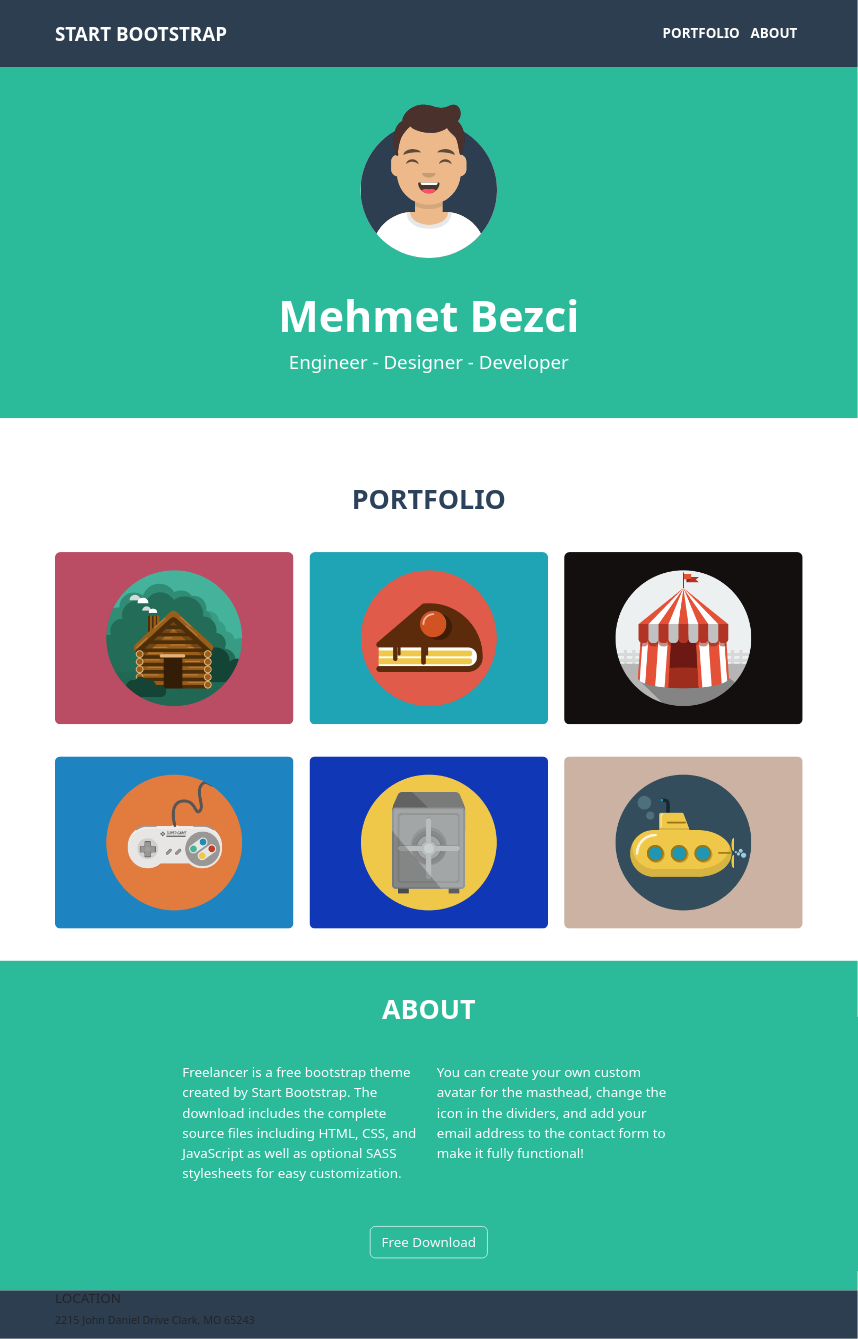
Repository: 7JaxeN7/WT-1255P-Mehmet_BEZC-
Page: index.html
An editor plug-in stored every save of this project. The page is shown before and after the next save, followed by the edit.
The browser window is 1280 px wide. The pictures show the whole page, at 67% of full size.

Above is the page before, as saved 2025-01-07 00:29:03.

### index.html
<!DOCTYPE html>
<html lang="tr">

<head>
  <meta charset="UTF-8">
  <meta name="viewport" content="width=device-width, initial-scale=1.0">
  <link rel="stylesheet" href="style.css">
  <link href="https://cdn.jsdelivr.net/npm/bootstrap@5.3.3/dist/css/bootstrap.min.css" rel="stylesheet"
    integrity="sha384-QWTKZyjpPEjISv5WaRU9OFeRpok6YctnYmDr5pNlyT2bRjXh0JMhjY6hW+ALEwIH" crossorigin="anonymous">
  <title>Start Bootstrap</title>
</head>

<body>
  <!-- Navbar -->
  <header>
    <nav class="navbar navbar-expand-lg navbar-bg">
      <div class="container pt-3 pb-3">
        <a class="navbar-brand text-white fw-bolder fs-3" href="#">START BOOTSTRAP</a>
        <button class="navbar-toggler" type="button" data-bs-toggle="collapse" data-bs-target="#navbarNav"
          aria-controls="navbarNav" aria-expanded="false" aria-label="Toggle navigation">
          <span class="navbar-toggler-icon"></span>
        </button>
        <div class="collapse navbar-collapse" id="navbarNav">
          <ul class="navbar-nav ms-auto">
            <li class="nav-item">
              <a class="nav-link text-white fw-bolder fs-5" href="#">PORTFOLIO</a>
            </li>
            <li class="nav-item">
              <a class="nav-link text-white fw-bolder fs-5" href="#">ABOUT</a>
            </li>
          </ul>
        </div>
      </div>
    </nav>
  </header>
  <!-- Herosection -->
  <div class="herosection-bg pt-5 pb-5">
    <div class="container text-center">
      <img src="/assets/img/avataaars.svg" width="20%" />
      <h1 class="mt-5 text-white fw-bolder display-3">Mehmet Bezci</h1>
      <p class="text-white fs-3">Engineer - Designer - Developer</p>
    </div>
  </div>
  <!-- Portfolio -->
  <div class="portfolio-section">
    <h2 class="text-center mt-5 pt-5 pb-5 fs-1 fw-semibold portfolio-tittle">PORTFOLIO</h2>
    <div class="container">
      <div class="row">
        <div class="col-12 col-md-6 col-lg-4 mb-5">
          <img src="/assets/img/cabin.png" class="img-fluid rounded-3">
        </div>
        <div class="col-12 col-md-6 col-lg-4 mb-5">
          <img src="/assets/img/cake.png" class="img-fluid rounded-3">
        </div>
        <div class="col-12 col-md-6 col-lg-4 mb-5">
          <img src="/assets/img/circus.png" class="img-fluid rounded-3">
        </div>
        <div class="col-12 col-md-6 col-lg-4 mb-5">
          <img src="/assets/img/game.png" class="img-fluid rounded-3">
        </div>
        <div class="col-12 col-md-6 col-lg-4 mb-5">
          <img src="/assets/img/safe.png" class="img-fluid rounded-3">
        </div>
        <div class="col-12 col-md-6 col-lg-4 mb-5">
          <img src="/assets/img/submarine.png" class="img-fluid rounded-3">
        </div>
      </div>
    </div>
  </div>
  <!-- About -->
  <div class="about-section">
    <div class="container">
      <h2 class="about-tittle fs-1 fw-semibold text-center pt-5 pb-5"> ABOUT</h2>
      <div class="row justify-content-center">
        <div class="col-lg-4 fs-5 text-white">
          <p>
            Freelancer is a free bootstrap theme created by Start Bootstrap. The download includes the complete source
            files including HTML, CSS, and JavaScript as well as optional SASS stylesheets for easy customization.
          </p>
        </div>
        <div class="col-lg-4 fs-5 text-white">
          <p>
            You can create your own custom avatar for the masthead, change the icon in the dividers, and add your email
            address to the contact form to make it fully functional!
          </p>
        </div>
      </div>
      <div class="d-flex justify-content-center">
        <button class="mt-5 mb-5 btn btn-outline-light btn-lg">Free Download</button>
      </div>
    </div>
  </div>
  <!-- Footer -->
  <footer>
    <div class="footer-section">
      <div class="container">
        <div class="row">
          <div class="col-lg-4">
            <h5>LOCATION</h5>
            <p>
              2215 John Daniel Drive
              Clark, MO 65243
            </p>
          </div>
          <div class="col-lg-4"></div>
          <div class="col-lg-4"></div>
        </div>
      </div>
    </div>
  </footer>
  <!-- Burası bootstrap script kısmı -->
  <script src="https://cdn.jsdelivr.net/npm/bootstrap@5.3.3/dist/js/bootstrap.bundle.min.js"
    integrity="sha384-YvpcrYf0tY3lHB60NNkmXc5s9fDVZLESaAA55NDzOxhy9GkcIdslK1eN7N6jIeHz"
    crossorigin="anonymous"></script>
</body>

</html>

### style.css
.navbar-bg {
  background-color: #2d3e50 !important;
}
.herosection-bg{
    background-color: #2bbb9b ;
}
.portfolio-tittle{
    color: #2c425a;
}
.about-section{
    background-color: #2bbb9b ;
}
.about-tittle{
    color: #ffffff;
}
.footer-section{
    background-color: #2d3e50;
}

After the next save:
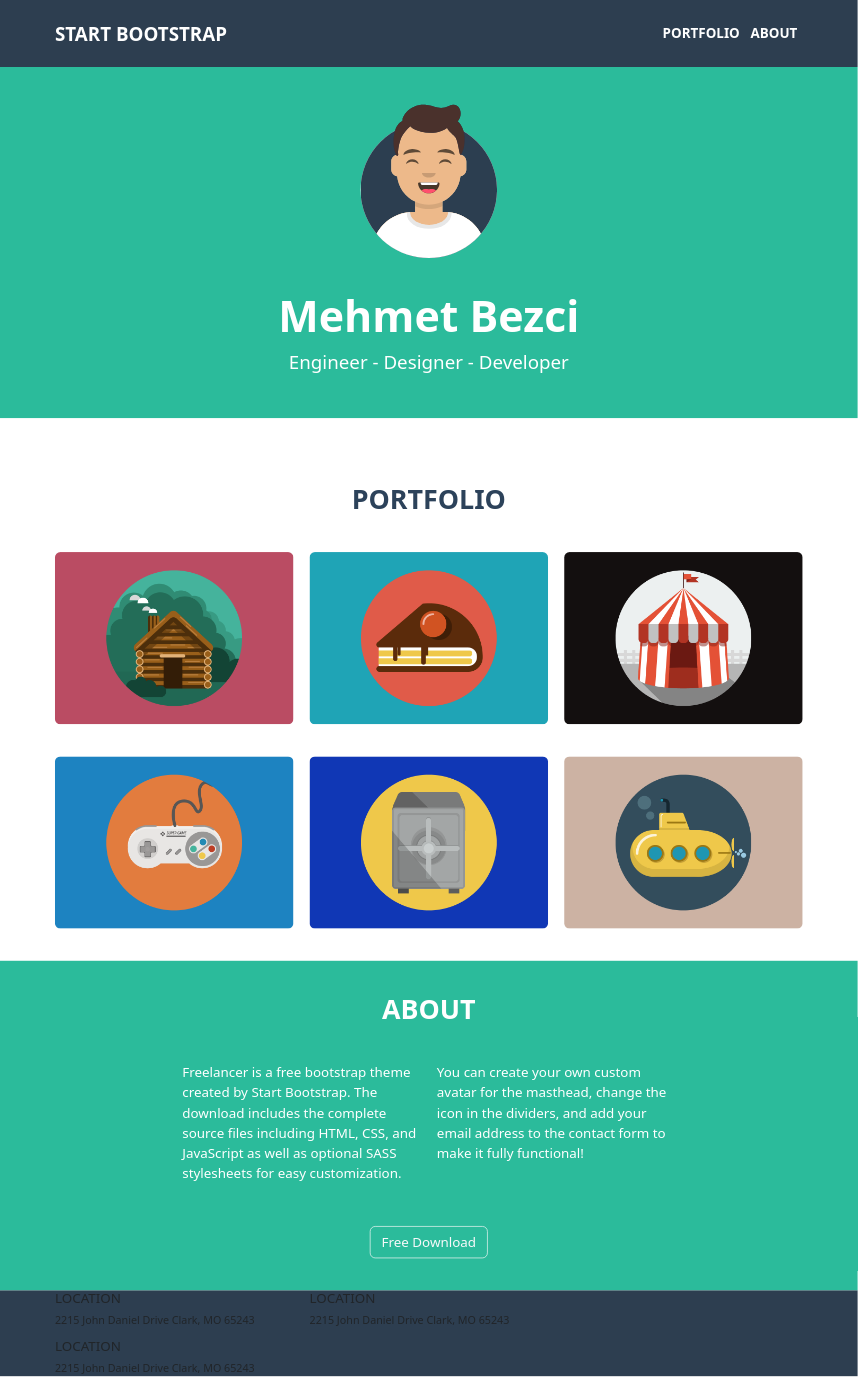
Saved 19 s later.
--- a/index.html
+++ b/index.html
@@ -102,8 +102,22 @@
               Clark, MO 65243
             </p>
           </div>
-          <div class="col-lg-4"></div>
-          <div class="col-lg-4"></div>
+          <div class="col-lg-4">
+            <h5>LOCATION</h5>
+            <p>
+              2215 John Daniel Drive
+              Clark, MO 65243
+            </p>
+          </div>
+          </div>
+          <div class="col-lg-4">
+            <h5>LOCATION</h5>
+            <p>
+              2215 John Daniel Drive
+              Clark, MO 65243
+            </p>
+          </div>
+          </div>
         </div>
       </div>
     </div>

After the 2 saves that followed:
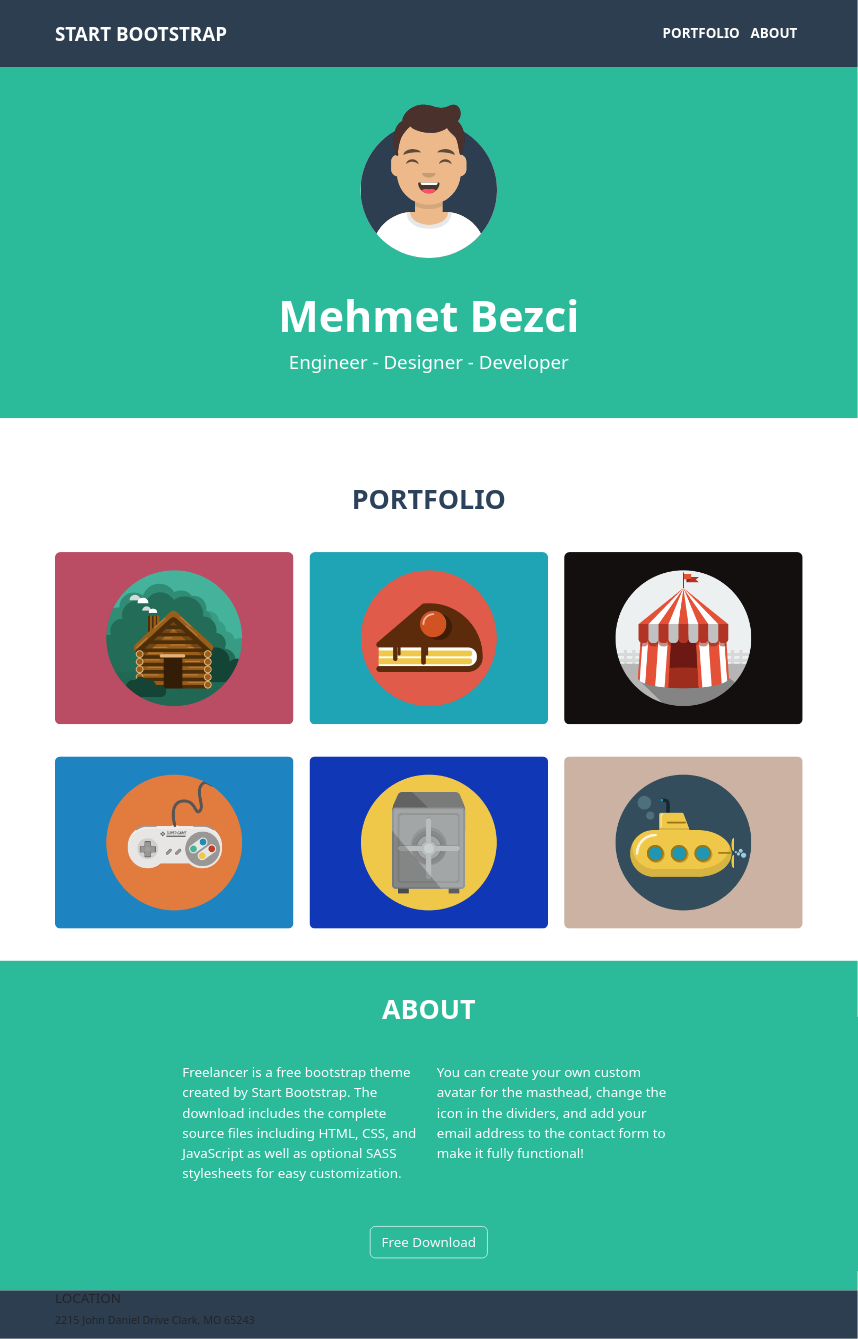
The 2 saves are shown as one change because 1 left the picture as it was.
The last was saved 3 min 6 s later.
--- a/index.html
+++ b/index.html
@@ -102,22 +102,8 @@
               Clark, MO 65243
             </p>
           </div>
-          <div class="col-lg-4">
-            <h5>LOCATION</h5>
-            <p>
-              2215 John Daniel Drive
-              Clark, MO 65243
-            </p>
-          </div>
-          </div>
-          <div class="col-lg-4">
-            <h5>LOCATION</h5>
-            <p>
-              2215 John Daniel Drive
-              Clark, MO 65243
-            </p>
-          </div>
-          </div>
+          <div class="col-lg-4"></div>
+          <div class="col-lg-4"></div>
         </div>
       </div>
     </div>
